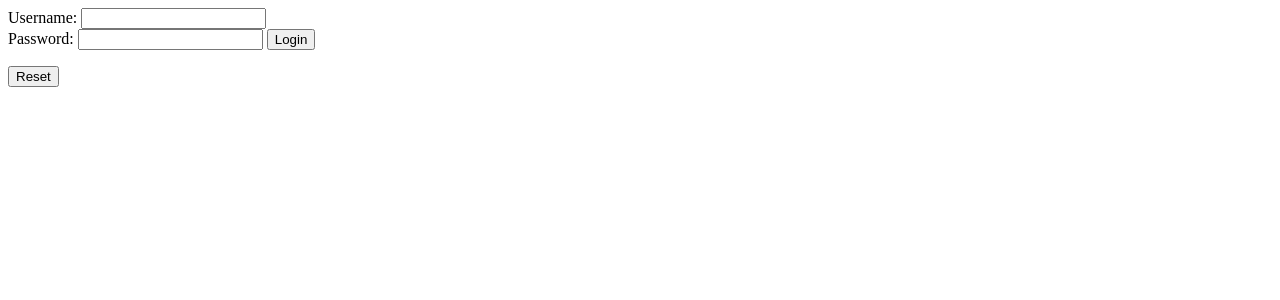
Repository: thegr8khan/webproject1
Page: http://localhost/amazon/
These files come from the project's save history. The page is drawn as it stood at one moment and after the next save; the edit follows.
The browser window is 1280 px wide. The pictures show the whole page.
The page is served by Tomcat 9. Other server files are loaded and not shown.

Above is the page before, as saved 2023-03-27 07:38:10.

### WebProgramming/amazon/src/main/webapp/login.jsp
<html>

<head>
<!-- Import JavaScript files -->
<!-- Import CSS files -->
</head>

<body>

<%
String loginError = (String)request.getAttribute("loginError");
if(loginError!=null){
%>

<span style="color:red"><%=loginError %></span>

<%
}
%>

<form action="/amazon/cs" method="post">


Username: <input type= "text" name="username"/>
<br>
Password: <input type= "password" name="password"/>

<input type="submit" name="action" value="Login"/>

<input type="hidden" name="page" value="login"/>

</form>

<form action="/amazon/" method="post">

<input type="submit" name="action" value="Reset"/>
</form>

</body>

</html>

After the next save:
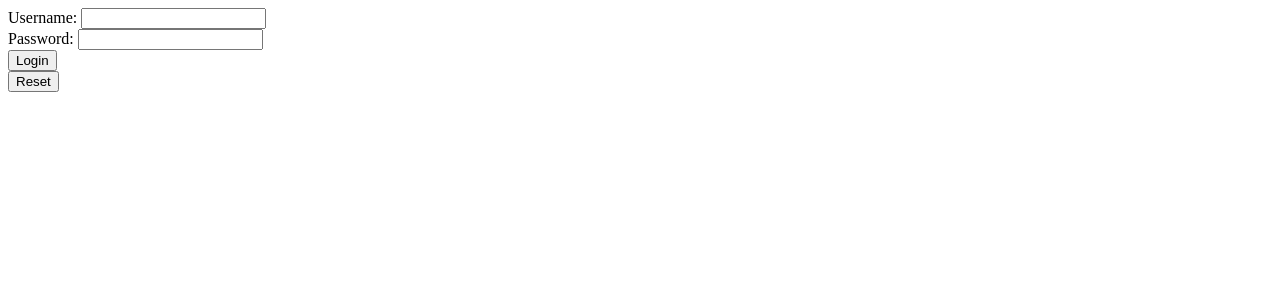
Saved 2 min 10 s later.
--- a/WebProgramming/amazon/src/main/webapp/login.jsp
+++ b/WebProgramming/amazon/src/main/webapp/login.jsp
@@ -24,17 +24,20 @@ if(loginError!=null){
 Username: <input type= "text" name="username"/>
 <br>
 Password: <input type= "password" name="password"/>
+<br>
+<input type="submit" name="action" value="Login"/>
+<br>
 
-<input type="submit" name="action" value="Login"/>
+<input type="submit" name="action" value="Reset"/>
 
 <input type="hidden" name="page" value="login"/>
 
+
 </form>
 
-<form action="/amazon/" method="post">
 
-<input type="submit" name="action" value="Reset"/>
-</form>
+
+
 
 </body>
 
